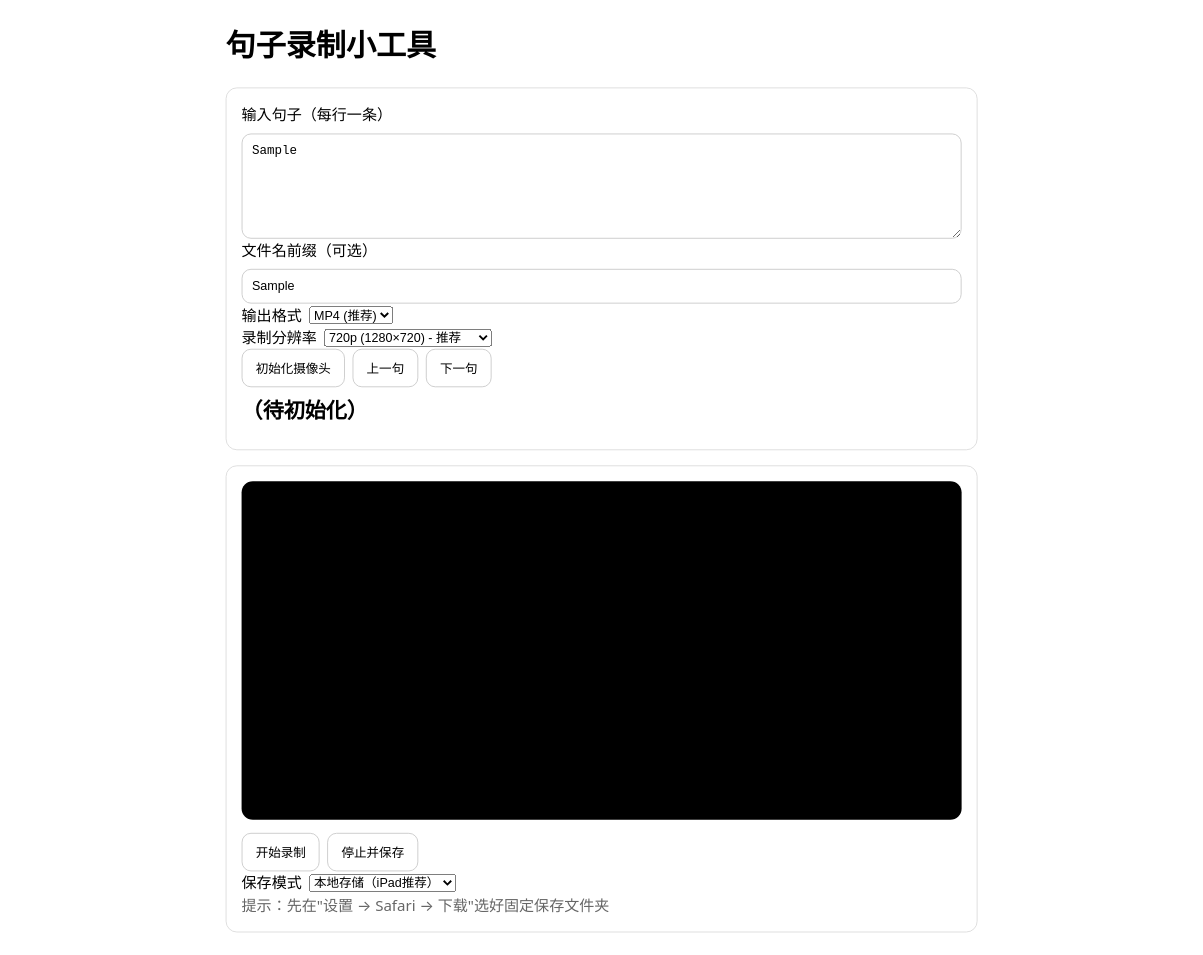
Repository: video2speech/video2speech.github.io
Page: index.html
An editor plug-in stored every save of this project. The page is shown before and after the next save, followed by the edit.
The browser window is 1280 px wide. The pictures show the whole page, at 94% of full size.
Empty fields were first filled with sample values (such as "Sample", 5 or name@example.com).
After loading, the first visible `#saveMode` was changed once.

Above is the page before, as saved 2025-09-04 05:02:16.
Console error: ReferenceError: changeSaveMode is not defined

After the next save:
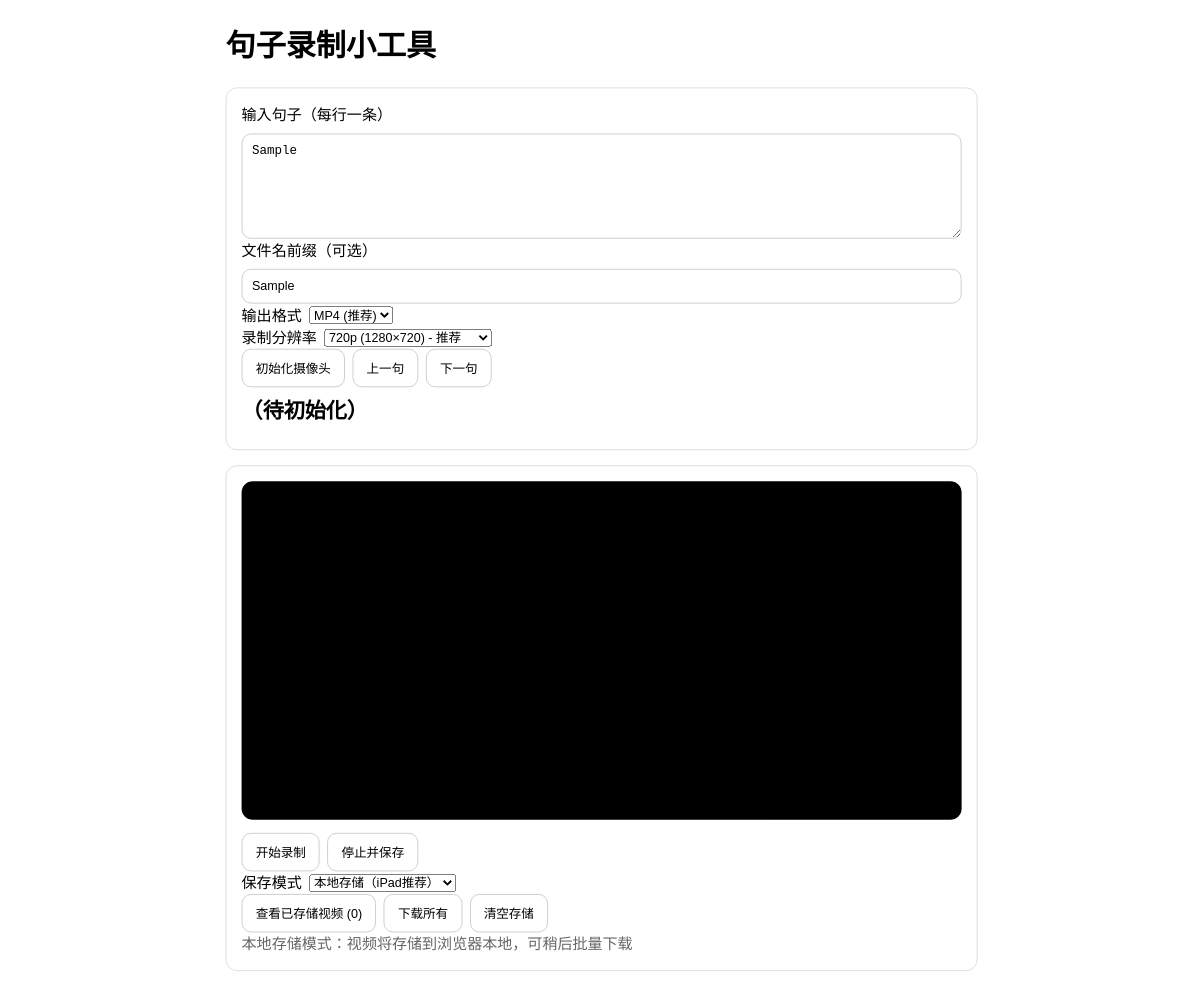
The error is gone.
Saved 13 s later.
--- a/index.html
+++ b/index.html
@@ -240,28 +240,35 @@ el('resolution').onchange = () => {
   }
 };
 
-// 切换下载模式
-function toggleDownloadMode() {
-  storageMode = !storageMode;
-  const button = el('downloadMode');
-  if (storageMode) {
-    button.textContent = 'iPad模式: 存储到本地 ✓';
-    button.style.backgroundColor = '#4CAF50';
-    button.style.color = 'white';
-    el('viewStored').style.display = 'inline-block';
-    el('downloadAll').style.display = 'inline-block';
-    el('clearAll').style.display = 'inline-block';
-    el('downloadTip').textContent = 'iPad模式：视频将存储到浏览器本地，可稍后批量下载';
-  } else {
-    button.textContent = 'iPad模式: 存储到本地';
-    button.style.backgroundColor = '';
-    button.style.color = '';
-    el('viewStored').style.display = 'none';
-    el('downloadAll').style.display = 'none';
-    el('clearAll').style.display = 'none';
-    el('downloadTip').textContent = '提示：先在"设置 → Safari → 下载"选好固定保存文件夹';
-  }
-  updateStorageInfo();
+// 切换保存模式
+function changeSaveMode() {
+  saveMode = el('saveMode').value;
+
+  // 隐藏所有模式相关的元素
+  el('viewStored').style.display = 'none';
+  el('downloadAll').style.display = 'none';
+  el('clearAll').style.display = 'none';
+  el('serverUrl').style.display = 'none';
+
+  // 根据模式显示相应元素和提示
+  switch(saveMode) {
+    case 'download':
+      el('downloadTip').textContent = '提示：先在"设置 → Safari → 下载"选好固定保存文件夹';
+      break;
+
+    case 'local':
+      el('viewStored').style.display = 'inline-block';
+      el('downloadAll').style.display = 'inline-block';
+      el('clearAll').style.display = 'inline-block';
+      el('downloadTip').textContent = '本地存储模式：视频将存储到浏览器本地，可稍后批量下载';
+      updateStorageInfo();
+      break;
+
+    case 'server':
+      el('serverUrl').style.display = 'inline-block';
+      el('downloadTip').textContent = '服务器模式：视频将直接上传到指定的服务器地址';
+      break;
+  }
 }
 
 // 更新存储信息
